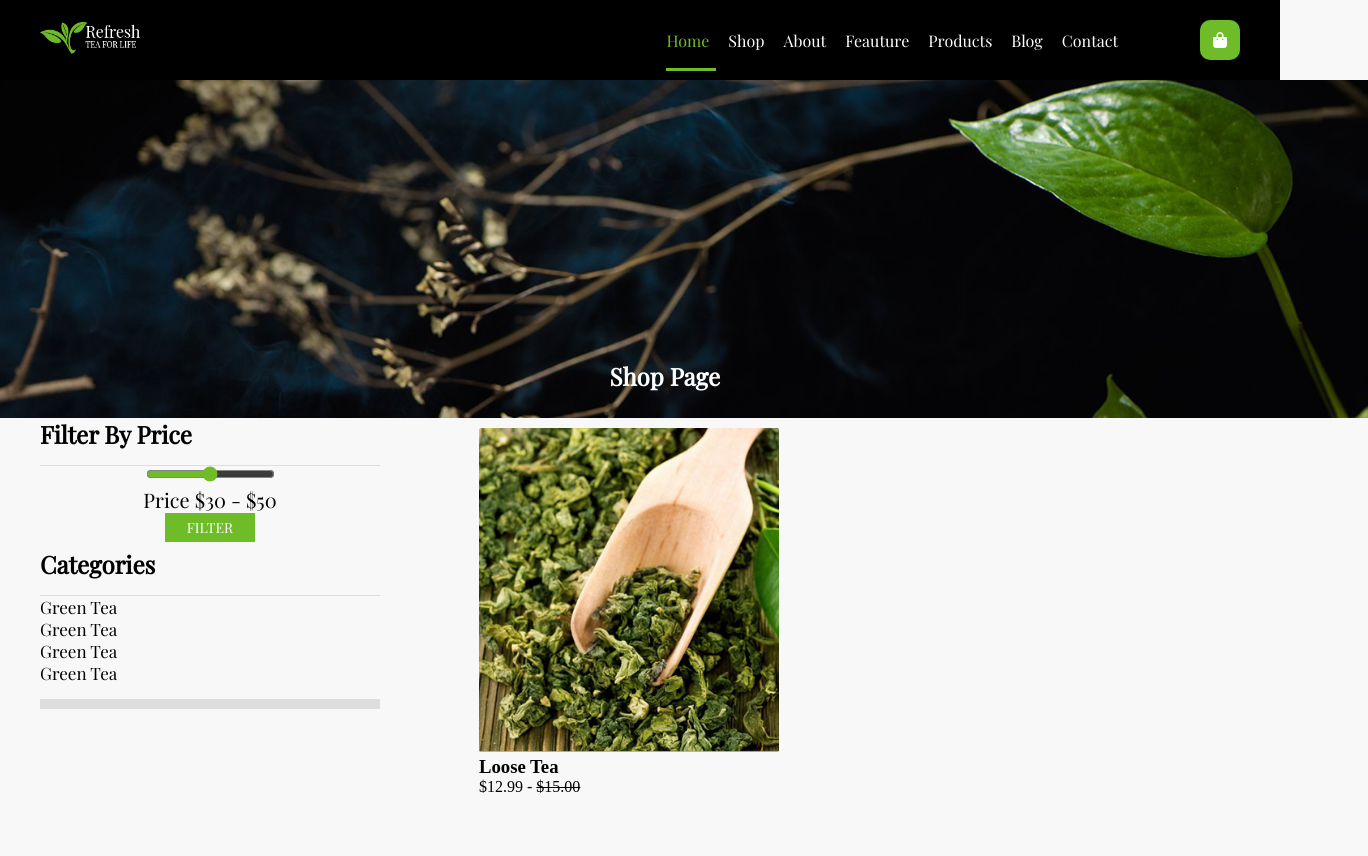
Repository: 52hzwhaleblue/school_teashop
Page: shop.html
The author's editor kept a copy of each file at every save. The page is drawn from the files as they stood at one save, then again after the next save.
The browser window is 1280 px wide. The page is 1368 px wide, so the pictures cover 1368 px, including what lies to the right of the window. The pictures show the whole page.
Some web libraries are served in a nearby version.

Above is the page before, as saved 2022-04-27 22:50:44.

### shop.html
<!DOCTYPE html>
<html lang="en">

<head>
    <meta charset="UTF-8">
    <meta http-equiv="X-UA-Compatible" content="IE=edge">
    <meta name="viewport" content="width=device-width, initial-scale=1.0">

    <!-- Style CSS -->
    <link rel="stylesheet" href="./style.css" stylesheet="text/style.css" />

    <!-- googel fonts -->
    <link rel="preconnect" href="https://fonts.googleapis.com" />
    <link rel="preconnect" href="https://fonts.gstatic.com" crossorigin />
    <link href="https://fonts.googleapis.com/css2?family=Playfair+Display&display=swap" rel="stylesheet" />

    <!-- cdn -->
    <link rel="stylesheet" href="https://cdnjs.cloudflare.com/ajax/libs/font-awesome/6.1.1/css/all.min.css" integrity="sha512-KfkfwYDsLkIlwQp6LFnl8zNdLGxu9YAA1QvwINks4PhcElQSvqcyVLLD9aMhXd13uQjoXtEKNosOWaZqXgel0g==" crossorigin="anonymous" referrerpolicy="no-referrer"
    />

    <!-- App.js -->
    <script src="./app.js">
    </script>

    <title>Shop</title>
</head>

<body>
    <!-- header -->
    <div class="header-wrapper">
        <div class="center">
            <div class="row">
                <div class="logo">
                    <img src="./images/logo.png" alt="" />
                </div>

                <div class="menu">
                    <ul>
                        <li class="active"><a href="#">Home</a></li>
                        <li><a href="#">Shop</a></li>
                        <li><a href="#">About</a></li>
                        <li><a href="#">Feauture</a></li>
                        <li><a href="#">Products</a></li>
                        <li><a href="#">Blog</a></li>
                        <li><a href="#">Contact</a></li>
                    </ul>
                </div>

                <div class="cart">
                    <i class="fa-solid fa-bag-shopping"></i>
                </div>
            </div>
        </div>
    </div>

    <!-- silder -->
    <div class="slider-wrapper">
        <div class="slider-img">
            <img src="./images/shop-slide.jpg" alt="" />

            <div class="center">
                <div class="shop-slide-content">
                    <h2 class="heading">Shop Page</h2>
                </div>
            </div>
        </div>
    </div>


    <div class="shop-page-wrapper">
        <div class="center">
            <div class="box-shop-page">
                <!-- filter by price -->
                <div class="price-filter-wrapper">
                    <div class="box-price-filter">
                        <h4>filter by price</h4>
                        <div class="price-range-bar">
                            <form class="multi-range-field my-5 pb-5">
                                <input id="multi3" class="multi-range" type="range" />
                            </form>

                            <div class="price-range">
                                <span>Price</span>
                                <span> $30 </span> -
                                <span> $50 </span>
                            </div>

                            <div class="filter-btn">
                                <p>filter</p>
                            </div>
                        </div>
                    </div>
                    <div class="catory-wrapper">
                        <div class="box-catory">
                            <h2>Categories</h2>
                        </div>
                        <div class="category">
                            <ul>
                                <li>Green Tea</li>
                                <li>Green Tea</li>
                                <li>Green Tea</li>
                                <li>Green Tea</li>
                            </ul>
                        </div>
                    </div>
                </div>

                <!-- shop-product -->
                <div class="shop-product-wrapper">
                    <div class="row">
                        <div class="col-1">
                            <img src="images/product-1.jpg">
                            <h3 class="title">Loose Tea</h3>
                            <p>$12.99 - <del>$15.00</del></p>
                        </div>
                    </div>
                 </div>
            </div>

        </div>
    </div>

</body>

</html>

### style.css
* {
    padding: 0;
    margin: 0;
}

body {
    background-color: #f8f8f8;
}


/* header */

.header-wrapper {
    margin: 0 auto;
    background-color: #000000;
    position: sticky;
    top: 0;
    z-index: 1;
}

.center {
    width: 1200px;
    margin: 0 auto;
}

.header-wrapper .row {
    display: flex;
    justify-content: space-between;
    align-items: center;
    padding: 20px 0;
}


/* logo */

.logo {
    width: 50.0450045005%;
}

.logo img {
    width: 100px;
}


/* menu */

.menu {
    width: 42.304230423%;
}

.menu ul li.active a {
    color: #6fbc29;
}

.menu ul li {
    display: inline-block;
    padding-right: 15px;
    position: relative;
}

.menu ul li:after {
    content: " ";
    width: 50px;
    border-bottom: 3px #6fbc29 solid;
    /* background-color: #6fbc29; */
    left: 0;
    bottom: -20px;
    position: absolute;
}

.menu ul li:not(.active):after {
    content: " ";
    width: 50px;
    border-bottom: 3px #6fbc29 solid;
    left: 0;
    bottom: -30px;
    position: absolute;
    opacity: 0;
    transition: 0.5s;
}

.menu ul li:hover:after {
    bottom: -20px;
    opacity: 1;
}

.menu ul li:hover a {
    color: #6fbc29;
}

.menu ul li a {
    text-decoration: none;
    color: #fff;
    font-family: "Playfair Display", serif;
}


/* cart */

.cart {
    width: 40px;
    height: 40px;
    border-radius: 25%;
    background-color: #6fbc29;
    display: flex;
    justify-content: center;
    align-items: center;
}

.cart i {
    color: #fff;
}


/* silder */

.slider-wrapper {
    width: 1368px;
    margin: 0 auto;
    overflow: hidden;
}

.slider-img {
    display: flex;

}

.slider-img img {
    max-width: 1368px;
}
.slider-img input{
    display: none;
}
.navigation-manual{
    position: absolute;
    width: 1500px;
    margin-top: -40px;
    display: flex;
    justify-content: center;
}
.manual-btn {
    border: 1px solid #fff;
    padding: 4px;
    border-radius: 5px;
    cursor: pointer;
    transition: 1s;
}
.manual-btn:not(:last-child){
    margin-right: 8px;
}
.manual-btn:hover{
    background: #6FBC29;
}
#radio1:checked ~ .img{
    margin-left: 0;
}
#radio2:checked ~ .img{
    margin-left: -20;
}
#radio3:checked ~ .img{
    margin-left: -40;
}


.slider-wrapper .home-slide-content {
    width: 446px;
    position: absolute;
    top: 20%;
    left: calc((100% - 1200px) / 2);
}

.slider-wrapper .shop-slide-content {
    width: 446px;
    position: absolute;
    top: 50%;
    left: calc(100% /2.1);
}

.home-slide-content .heading {
    text-transform: uppercase;
    font-family: "Playfair Display";
    font-size: 16px;
    color: #fff;
}

.shop-slide-content .heading {
    text-transform: capitalize;
    font-family: "Playfair Display";
    /* font-size: 50px; */
    color: #fff;
}

.home-slide-content .subHeading {
    text-transform: capitalize;
    font-family: "Playfair Display";
    font-size: 50px;
    padding: 26px 0 50px 0;
    color: #fff;
}

.home-slide-content .subHeading span {
    color: #6fbc29;
    text-transform: capitalize;
    font-size: 50px;
}

.home-slide-content .slider-btn {
    width: 130px;
    /* height: 35px; */
    background-color: #6fbc29;
    display: flex;
    justify-content: center;
    align-items: center;
}

.slider-btn a {
    font-family: "Playfair Display";
    font-size: 14px;
    text-transform: uppercase;
    color: #fff;
    text-decoration: none;
    padding: 10px 0;
}


/* new product */

.product-wrapper {
    width: 1368px;
    margin: 0 auto;
    padding: 57px 0;
}

.title-main {
    padding-bottom: 52px;
}

.title-main h1 {
    font-family: "Playfair Display";
    font-size: 35px;
    text-transform: capitalize;
    color: #212529;
    text-align: center;
}

.title-main .icon {
    text-align: center;
    padding: 23px 0 18px 0;
}

.heading-icon .icon img {
    width: 100px;
}

.title-main .subTitle {
    width: 540px;
    margin: 0 auto;
}

.title-main .subTitle p {
    font-family: "Playfair Display";
    font-size: 14px;
    color: #212529;
    text-align: center;
}


/* product items */

.product-items {
    display: flex;
    flex-wrap: wrap;
    justify-content: space-between;
}

.product-items .item {
    /* width: calc(100% / 4); */
}

.product-items .item .img {
    position: relative;
}

.modal {
    position: absolute;
    width: 100%;
    height: 100%;
    bottom: 0;
    opacity: 0;
    background-color: #6fbc29;
    transition: 0.7s;
}

.modal-content h4 {
    font-family: "Playfair Display", serif;
    color: #fff;
    text-align: center;
    text-transform: capitalize;
}

.modal-content {
    padding: 48px;
}

.modal-content p {
    font-size: 14px;
    font-family: "Playfair Display", serif;
    color: #fff;
    text-align: center;
    padding: 20px 0;
}

.readmore-btn {
    width: 130px;
    background-color: #fff;
    border: 1px #fff solid;
    padding: 5px 0;
    margin: 0 auto;
    text-align: center;
}

.readmore-btn a {
    text-decoration: none;
    color: #6fbc29;
    font-size: 14px;
    font-family: "Playfair Display", serif;
    text-transform: uppercase;
}

.readmore-btn:hover {
    background-color: transparent;
}

.readmore-btn:hover a {
    text-decoration: none;
    color: #fff;
    font-size: 14px;
    font-family: "Playfair Display", serif;
    text-transform: uppercase;
}

.product-items .img:hover .modal {
    top: 0;
    opacity: 0.8;
}

.product-btn {
    display: flex;
    justify-content: center;
}

.btn-left,
.btn-right {
    border-radius: 50%;
    width: 30px;
    height: 30px;
    background-color: #6fbc29;
    margin: 0 10px;
    display: flex;
    align-items: center;
    justify-content: center;
    color: #fff;
    margin-top: 35px;
}

.btn-left:hover,
.btn-right:hover {
    border-radius: 50%;
    width: 30px;
    height: 30px;
    background-color: #fff;
    margin: 0 10px;
    display: flex;
    align-items: center;
    justify-content: center;
    color: #6fbc29;
    margin-top: 35px;
}


/* information */

.information {
    width: 1368px;
    margin: 0 auto;
    background-color: #f8f8f8;
    display: flex;
    justify-content: space-between;
}

.info-img img {
    max-width: 730px;
}

.info-content {
    width: 37.6461988304%;
    padding: 85px 0 125px 30px;
}

.info-content h2 {
    font-size: 35px;
    font-family: "Playfair Display", serif;
}

.info-content p {
    font-size: 14px;
    font-family: "Playfair Display", serif;
    margin: 10px 0;
}

.information .readmore-info-btn {
    width: 130px;
    background-color: #6fbc29;
    padding: 5px 0;
    text-align: center;
}

.information .readmore-info-btn a {
    text-decoration: none;
    color: #fff;
    font-size: 14px;
    font-family: "Playfair Display", serif;
    text-transform: uppercase;
}

.information .readmore-info-btn:hover {
    background-color: #fff;
}

.information .readmore-info-btn:hover a {
    text-decoration: none;
    color: #6fbc29;
    font-size: 14px;
    font-family: "Playfair Display", serif;
    text-transform: uppercase;
}

.criteria-wrapper {
    width: 100%;
    height: 368px;
}

.criteria-items {
    max-width: 1368px;
    display: flex;
    justify-content: center;
}

.criteria-items .item {
    padding: 0 10px;
    box-sizing: border-box;
}


/* featured product */

.featured-product-wrapper {}

.featured-product-items {
    display: flex;
    justify-content: space-between;
    flex-wrap: wrap;
    margin-bottom: 50px;
}

.featured-product-items .item {
    width: calc(100% / 3);
}

.featured-product-items .item .img {
    position: relative;
}

.featured-product-items .img .modal {
    border-radius: 50%;
}

.featured-product-items .img:hover .modal {
    top: 0;
    opacity: 0.8;
    width: 92.5%;
}

.featured-product-items .item .title {
    text-align: center;
    font-family: "Playfair Display";
    font-weight: 600;
    font-size: 20px;
}

.featured-product-items .item .description {
    text-align: center;
    font-family: "Playfair Display";
    font-size: 14px;
}

.featured-product-items .item img {
    border-radius: 50%;
}


/* Information Wrapper */

.info-wrapper {
    position: relative;
}

.info-wrapper img {
    height: 435px;
    width: 100%;
}

.info-heading {
    top: 0;
    width: 490px;
    margin: 55px 0;
    position: absolute;
}

.info-heading .title {
    font-family: "Playfair Display";
    font-size: 35px;
    font-weight: 600;
}

.info-heading .subTitle {
    font-family: "Playfair Display";
    font-size: 14px;
    margin: 25px 0 50px 0;
}

.readmore-info-btn {
    width: 130px;
    background-color: #6fbc29;
    border: 1px #fff solid;
    padding: 5px 0;
    /* margin: 0 auto; */
    text-align: center;
}

.readmore-info-btn a {
    text-decoration: none;
    color: #fff;
    font-size: 14px;
    font-family: "Playfair Display", serif;
    text-transform: uppercase;
}

.readmore-info-btn:hover {
    background-color: #fff;
}

.readmore-info-btn:hover a {
    text-decoration: none;
    color: #6fbc29;
    font-size: 14px;
    font-family: "Playfair Display", serif;
    text-transform: uppercase;
}


/* video */

.video-wrapper {
    position: relative;
    display: flex;
    justify-content: center;
}

.bg-overlay {
    position: relative;
    z-index: 1;
}

.bg-overlay:after {
    background: #000 none repeat scroll 0 0;
    content: "";
    height: 100%;
    left: 0;
    opacity: 0.8;
    position: absolute;
    top: 0;
    width: 100%;
}

.video-wrapper .center {
    width: 1200px;
    margin: 0 auto;
    display: flex;
    justify-content: center;
}

.video-wrapper img {
    width: 100%;
}

.video-wrapper .title-main {
    top: 0;
    position: absolute;
    z-index: 2;
    margin-top: 55px;
}

.video-wrapper .title-main .title {
    color: #fff;
}

.video-wrapper .title-main .icon img {
    width: 200px;
}

.video-wrapper .title-main .subTitle p {
    color: #fff;
}

.box-video {
    /* width: 890px;
    height: 442px; */
    bottom: 25%;
    z-index: 1;
    position: absolute;
}


/* Shop Page */

.box-shop-page {
    display: flex;
    justify-content: space-between;
}

.price-filter-wrapper {
    width: 28.3333333333%;
}

.box-price-filter h4 {
    font-family: "Playfair Display", serif;
    font-size: 24px;
    text-transform: capitalize;
    border-bottom: 1px #dedede solid;
    padding-bottom: 15px;
}

.shop-product-wrapper {
    width: 56.8333333333%;
}


/* Price Range Input */

#multi3 {
    accent-color: #6FBC29;
}

.price-range-bar {
    text-align: center;
}

.price-range {
    font-family: "Playfair Display", serif;
    font-size: 20px;
}

.filter-btn {
    width: 90px;
    height: 35px;
    margin: 0 auto;
}

.filter-btn:hover {
    width: 90px;
    height: 35px;
    margin: 0 auto;
}

.filter-btn p {
    font-family: "Playfair Display", serif;
    font-size: 14px;
    color: #fff;
    text-transform: uppercase;
    background-color: #6fbc29;
    padding: 5px 20px;
}

.filter-btn p:hover {
    font-family: "Playfair Display", serif;
    font-size: 14px;
    color: #6fbc29;
    text-transform: uppercase;
    background-color: #fff;
    padding: 5px 20px;
    border: 1px #6fbc29 solid;
}
.box-catory h2{
    font-family: "Playfair Display", serif;
    font-size: 24px;
    text-transform: capitalize;
    border-bottom: 1px #dedede solid;
    padding-bottom: 15px;
}
.category{
    font-family: "Playfair Display", serif;
    font-size: 17px;
    text-transform: capitalize;
    border-bottom: 10px #dedede solid;
    padding-bottom: 15px;
}
ul{
    list-style-type: none;
}
/* ----Product---- */
.shop-product-wrapper{
    max-width: 1080px;
    margin: auto;
    padding-left: 25px;
    padding-right: 25px;
}
.col-1{
    flex-basis: 25%;
    padding: 10px;
    min-width: 200px;
    margin-bottom: 50px;
}
.col-1 img{
    width: 300px;
}

### app.js
/* $('#multi3').mdbRange({
    width: '100%',
    single: {
        active: true,
        multi: {
            active: true,
            rangeLength: 2
        },
    }
}); */

After the next save:
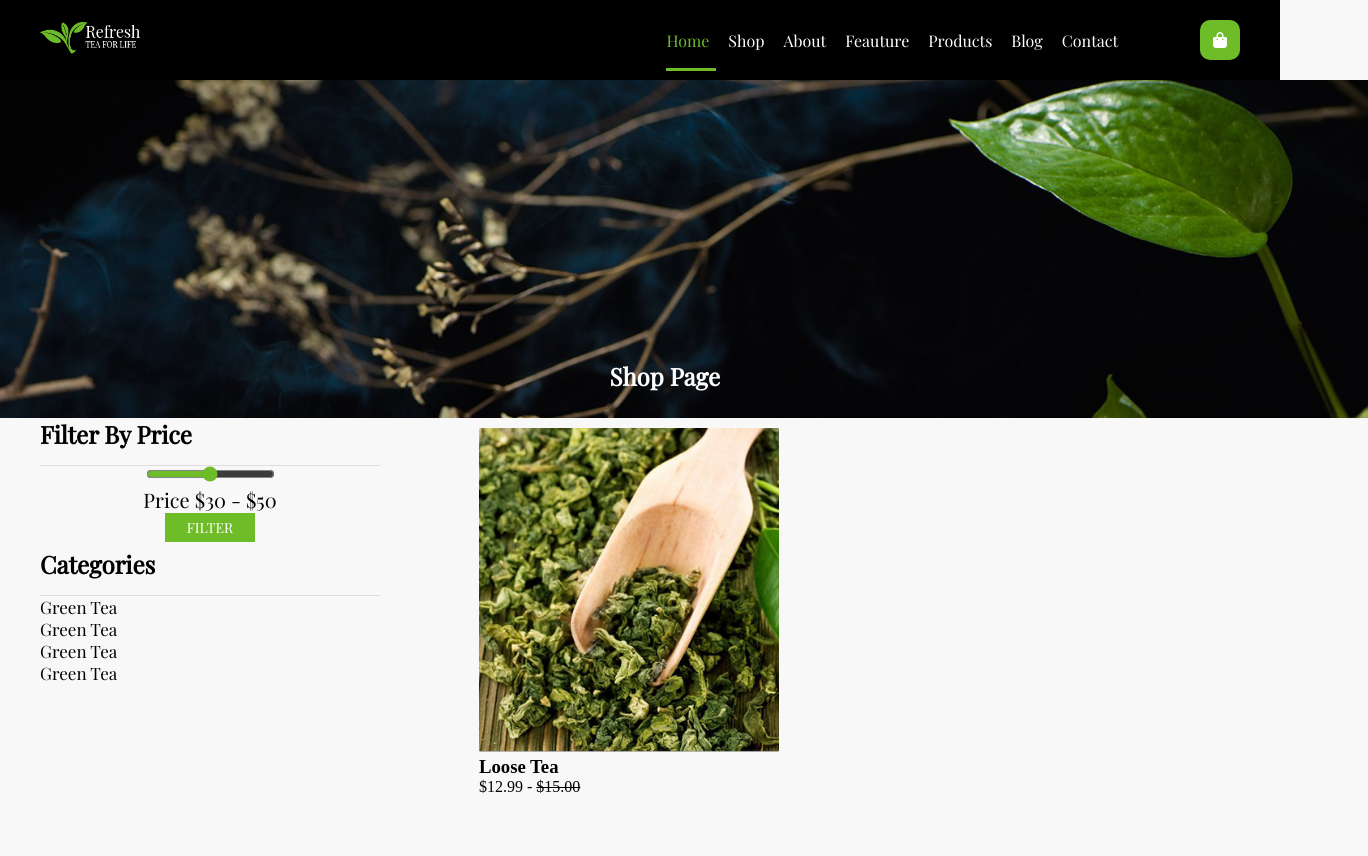
Saved 20 s later.
--- a/style.css
+++ b/style.css
@@ -702,7 +702,7 @@ body {
     font-family: "Playfair Display", serif;
     font-size: 17px;
     text-transform: capitalize;
-    border-bottom: 10px #dedede solid;
+    border-bottom: 10px solid transparent;
     padding-bottom: 15px;
 }
 ul{
